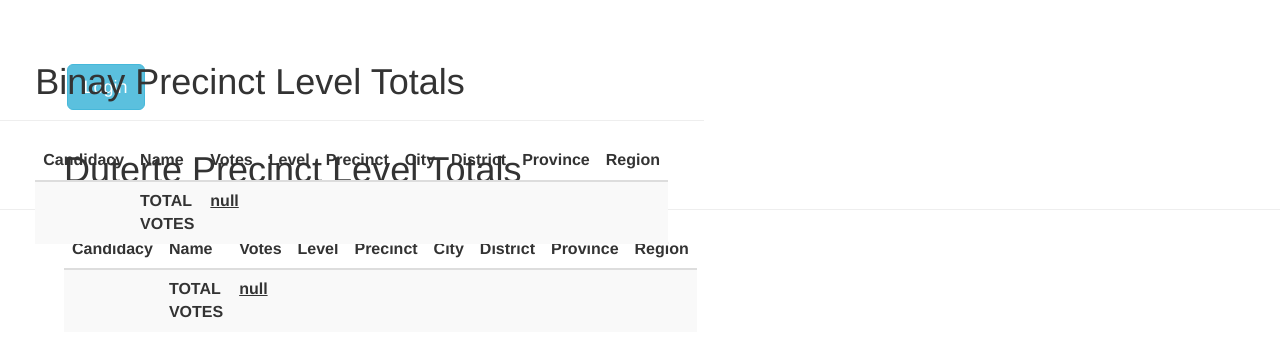
Repository: acbalutan/softdev-cencas-team_apink
Page: http://localhost/AES/index.jsp
These files come from the project's save history. The page is drawn as it stood at one moment and after the next save; the edit follows.
The browser window is 1280 px wide. The pictures show the whole page.
The page is served by Tomcat 9. Queries for data that is not in the repository find no rows.

Above is the page before, as saved 2016-02-26 11:04:12.
Console error (its wording comes from the project's code and is left out).

After the next save:
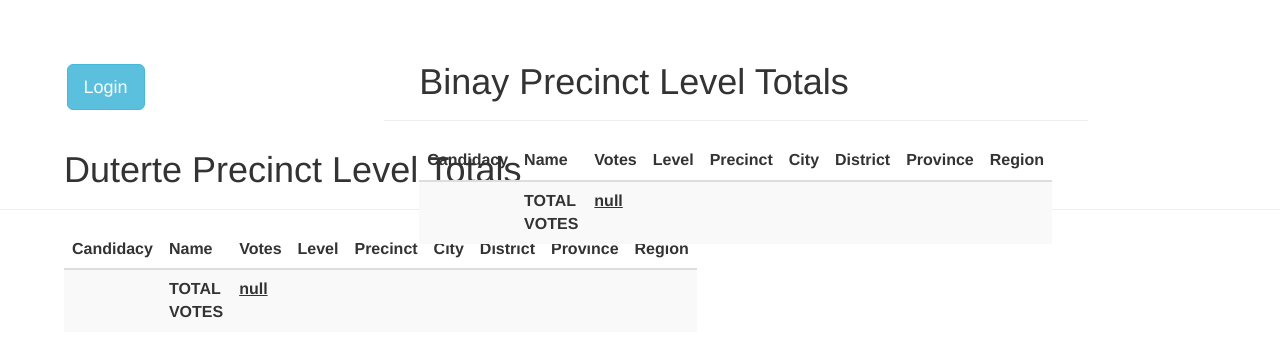
Saved 15 s later.
--- a/workspace/AES/WebContent/index.jsp
+++ b/workspace/AES/WebContent/index.jsp
@@ -79,7 +79,7 @@
 	</table>
 </div>
 
-<div style="position: absolute; top: 3%;">
+<div style="position: absolute; top: 3%; left: 30%;">
 	<div class="page-header" style="padding-left: 5%;">
 		<h1>Binay Precinct Level Totals</h1>
 	</div>
